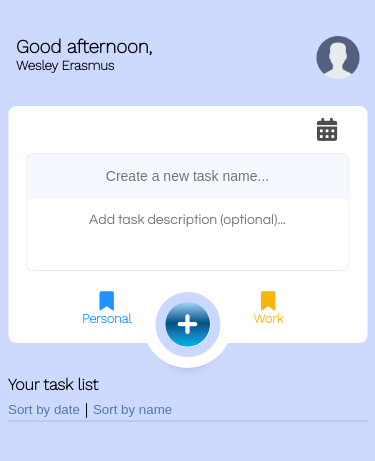
Repository: WesleyErasmus/Todo-App
Page: todoApp.html
These files come from the project's save history. The page is drawn as it stood at one moment and after the next save; the edit follows.
The browser window is 375 px wide. The pictures show the whole page.
Some web libraries are served in a nearby version.

Above is the page before, as saved 2022-06-25 12:10:39.

After the next save:
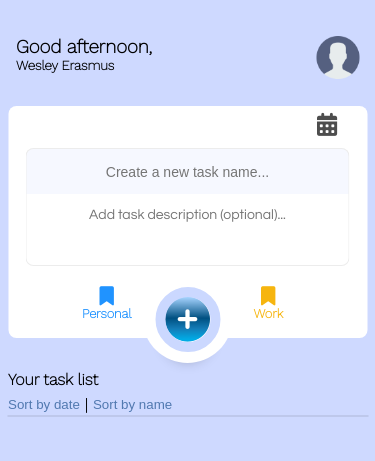
Saved 7 s later.
--- a/source/css/todoApp.css
+++ b/source/css/todoApp.css
@@ -805,7 +805,7 @@ header {
   justify-content: center;
   align-items: center;
   text-align: center;
-  margin-top: 0.5rem;
+  margin-top: 0.2rem;
 }
 /* Title and description input field */
 #title {
